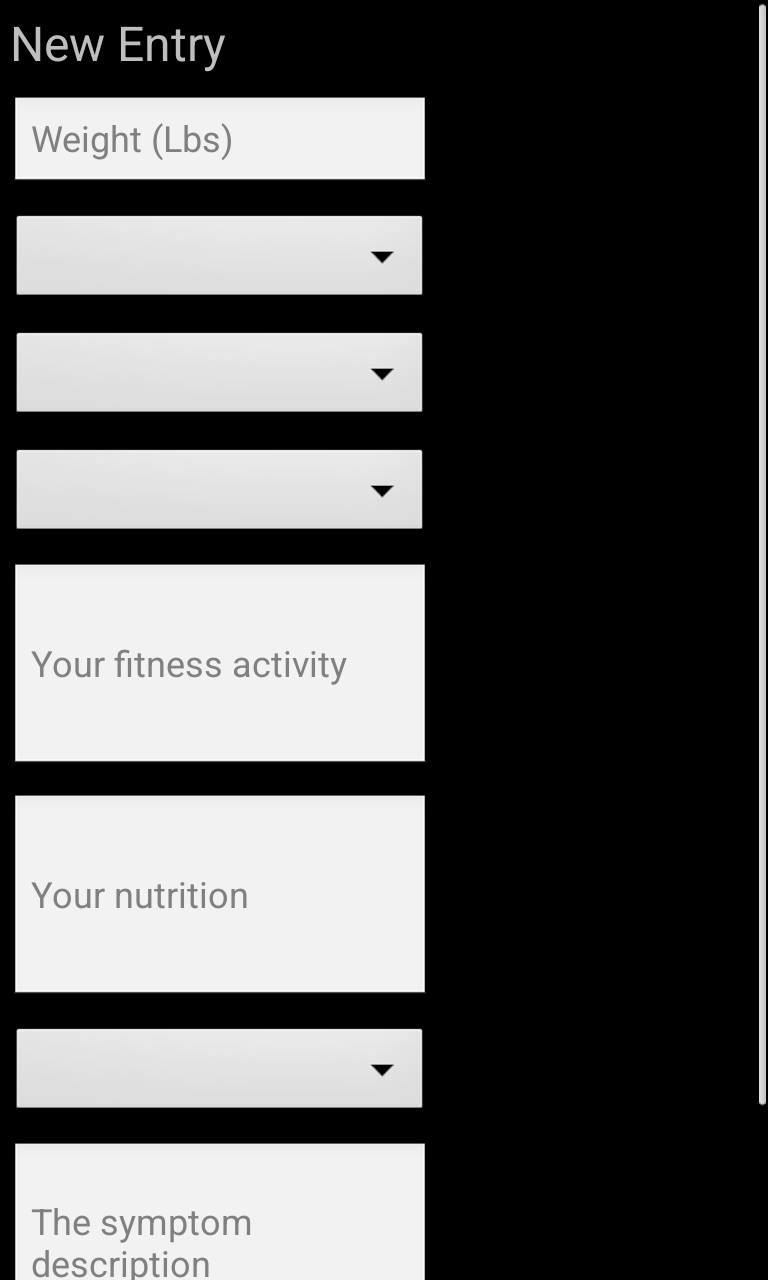
Repository: dillonyoung/CPD4493
Layout: TraCare/res/layout/addentry.xml
An editor plug-in stored every save of this project. The layout is shown before and after a run of saves, followed by the edit.
It is drawn on a 768 x 1280 px phone screen (xhdpi) without system bars, with theme android:Theme.Black; the app's code is not run.

Above is the layout before, as saved 2013-04-10 23:41:25.

### TraCare/res/layout/addentry.xml
<?xml version="1.0" encoding="utf-8"?>
<ScrollView xmlns:android="http://schemas.android.com/apk/res/android"
    android:layout_width="fill_parent"
    android:layout_height="fill_parent" >

    <TableLayout
        android:id="@+id/TableLayout1"
        android:layout_width="match_parent"
        android:layout_height="wrap_content" >

        <TableRow
            android:id="@+id/tableRow1"
            android:layout_width="wrap_content"
            android:layout_height="wrap_content"
            android:padding="5dip" >

            <TextView
                android:id="@+id/textView1"
                android:layout_width="fill_parent"
                android:layout_height="wrap_content"
                android:text="@string/string_new_entry"
                android:textSize="24sp" />
        </TableRow>

        <TableRow
            android:id="@+id/rowAddEntryWeight"
            android:layout_width="wrap_content"
            android:layout_height="wrap_content"
            android:padding="5dip" >

            <EditText
                android:id="@+id/txtWeight"
                android:layout_width="wrap_content"
                android:layout_height="wrap_content"
                android:ems="6"
                android:hint="@string/weight"
                android:inputType="numberDecimal" />
        </TableRow>

        <TableRow
            android:id="@+id/rowAddEntryHours"
            android:layout_width="wrap_content"
            android:layout_height="wrap_content"
            android:padding="5dip" >

            <Spinner
                android:id="@+id/spinHours"
                android:layout_width="wrap_content"
                android:layout_height="wrap_content"
                android:prompt="@string/string_hours_of_sleep" />

        </TableRow>

        <TableRow
            android:id="@+id/rowAddEntryQualityofSleep"
            android:layout_width="wrap_content"
            android:layout_height="wrap_content"
            android:padding="5dip" >

            <Spinner
                android:id="@+id/spinQualityofSleep"
                android:layout_width="wrap_content"
                android:layout_height="wrap_content" />
        </TableRow>

        <TableRow
            android:id="@+id/rowAddEntryEnergyLevel"
            android:layout_width="wrap_content"
            android:layout_height="wrap_content"
            android:padding="5dip" >

            <Spinner
                android:id="@+id/spinEnergyLevel"
                android:layout_width="wrap_content"
                android:layout_height="wrap_content" />
        </TableRow>

        <TableRow
            android:id="@+id/rowAddEntryFitness"
            android:layout_width="wrap_content"
            android:layout_height="wrap_content"
            android:padding="5dip" >

            <EditText
                android:id="@+id/txtFitness"
                android:layout_width="wrap_content"
                android:layout_height="wrap_content"
                android:ems="10"
                android:hint="@string/string_fitness"
                android:inputType="textMultiLine"
                android:lines="4" >

            </EditText>
        </TableRow>

        <TableRow
            android:id="@+id/rowAddEntryNutrition"
            android:layout_width="wrap_content"
            android:layout_height="wrap_content"
            android:padding="5dip" >

            <EditText
                android:id="@+id/txtNutrition"
                android:layout_width="wrap_content"
                android:layout_height="wrap_content"
                android:ems="10"
                android:hint="@string/string_nutrition"
                android:inputType="textMultiLine"
                android:lines="4" >

            </EditText>
        </TableRow>


        <TableRow
            android:id="@+id/rowAddEntrySymptom"
            android:layout_width="wrap_content"
            android:layout_height="wrap_content"
            android:padding="5dip" >

            <Spinner
                android:id="@+id/spinSymptom"
                android:layout_width="wrap_content"
                android:layout_height="wrap_content" />
        </TableRow>

        <TableRow
            android:id="@+id/rowAddEntrySymptomDescription"
            android:layout_width="wrap_content"
            android:layout_height="wrap_content"
            android:padding="5dip" >

            <EditText
                android:id="@+id/txtSymptomDescription"
                android:layout_width="wrap_content"
                android:layout_height="wrap_content"
                android:ems="10"
                android:hint="@string/string_symtpom_description"
                android:inputType="textMultiLine"
                android:lines="4" >

            </EditText>
        </TableRow>

        <TableRow
            android:id="@+id/tableRow13"
            android:layout_width="wrap_content"
            android:layout_height="wrap_content"
            android:gravity="center_horizontal"
            android:padding="5dip" >

            <Button
                android:id="@+id/btnSave"
                android:layout_width="wrap_content"
                android:layout_height="wrap_content"
                android:text="@string/saveentry" />
        </TableRow>
    </TableLayout>

</ScrollView>

### TraCare/res/values/strings.xml
<?xml version="1.0" encoding="utf-8"?>
<resources>

    <string name="app_name">TraCare</string>
    <string name="action_settings">Settings</string>
    <string name="title_section1">Section 1</string>
    <string name="title_section2">Section 2</string>
    <string name="title_section3">Section 3</string>
    <string name="user_details">User Details</string>
    <string name="gender">Gender</string>
    <string name="male">Male</string>
    <string name="female">Female</string>
    <string name="weight">Weight (Lbs)</string>
    <string name="preferences">Preferences</string>
    <string name="track_weight">Track Weight</string>
    <string name="track_sleep">Track Sleep</string>
    <string name="track_energy_level">Track Energy Level</string>
    <string name="track_quality_of_sleep">Track Quality of Sleep</string>
    <string name="track_fitness">Track Fitness</string>
    <string name="track_nutrition">Track Nutrition</string>
    <string name="savesettings">Save Settings</string>
    <string name="back">Back</string>
    <string name="yourname">Your name</string>
    <string name="track_symptom">Track Symptom</string>
    <string name="image"></string>
    <string name="blank"></string>
    <string name="menu_add_entry">Add Entry</string>
    <string name="menu_delete_entry">Delete Entry</string>
    <string name="summary">Summary Report</string>
    <string name="startdate">Start Date</string>
    <string name="enddate">End Date</string>
    <string name="runreport">Run Report</string>
    <string name="reportstart">Report Start Date</string>
    <string name="reportend">Report End Date</string>
    <string name="lowestweight">Lowest Weight</string>
    <string name="lowestdate">Lowest Weight Date</string>
	<string name="highestweight">Highest Weight</string>
    <string name="highestdate">Highest Weight Date</string>
    <string name="averageweight">Average Weight</string>
    <string-array name="hours_of_sleep">
        <item>0.0 Hours of Sleep</item>
        <item>0.5 Hours of Sleep</item>
        <item>1.0 Hours of Sleep</item>
        <item>1.5 Hours of Sleep</item>
        <item>2.0 Hours of Sleep</item>
        <item>2.5 Hours of Sleep</item>
        <item>3.0 Hours of Sleep</item>
        <item>3.5 Hours of Sleep</item>
        <item>4.0 Hours of Sleep</item>
        <item>4.5 Hours of Sleep</item>
        <item>5.0 Hours of Sleep</item>
        <item>5.5 Hours of Sleep</item>
        <item>6.0 Hours of Sleep</item>
        <item>6.5 Hours of Sleep</item>
        <item>7.0 Hours of Sleep</item>
        <item>7.5 Hours of Sleep</item>
        <item>8.0 Hours of Sleep</item>
        <item>8.5 Hours of Sleep</item>
        <item>9.0 Hours of Sleep</item>
        <item>9.5 Hours of Sleep</item>
        <item>10.0 Hours of Sleep</item>
        <item>10.5 Hours of Sleep</item>
        <item>11.0 Hours of Sleep</item>
        <item>11.5 Hours of Sleep</item>
        <item>12.0 Hours of Sleep</item>
        <item>12.5 Hours of Sleep</item>
        <item>13.0 Hours of Sleep</item>
        <item>13.5 Hours of Sleep</item>
        <item>14.0 Hours of Sleep</item>
        <item>14.5 Hours of Sleep</item>
        <item>15.0 Hours of Sleep</item>
        <item>15.5 Hours of Sleep</item>
        <item>16.0 Hours of Sleep</item>
        <item>16.5 Hours of Sleep</item>
        <item>17.0 Hours of Sleep</item>
        <item>17.5 Hours of Sleep</item>
        <item>18.0 Hours of Sleep</item>
        <item>18.5 Hours of Sleep</item>
        <item>19.0 Hours of Sleep</item>
        <item>19.5 Hours of Sleep</item>
        <item>20.0 Hours of Sleep</item>
        <item>20.5 Hours of Sleep</item>
        <item>21.0 Hours of Sleep</item>
        <item>21.5 Hours of Sleep</item>
        <item>22.0 Hours of Sleep</item>
        <item>22.5 Hours of Sleep</item>
        <item>23.0 Hours of Sleep</item>
        <item>23.5 Hours of Sleep</item>
    </string-array>
    <string-array name="energy_level">
        <item>Energy Level Not Specified</item>
        <item>Terrible Energy Level</item>
        <item>Poor Energy Level</item>
        <item>Average Energy Level</item>
        <item>Good Energy Level</item>
        <item>Excellent Energy Level</item>
    </string-array>
    <string-array name="quality_of_sleep">
        <item>Quality of Sleep Not Specified</item>
        <item>Terrible Quality of Sleep</item>
        <item>Poor Quality of Sleep</item>
        <item>Average Quality of Sleep</item>
        <item>Good Quality of Sleep</item>
        <item>Excellent Quality of Sleep</item>
    </string-array>
    <string-array name="symptom_type">
        <item>Symptom Type Not Specified</item>
        <item>Other</item>
        <item>Abdominal Pain</item>
        <item>Chest Pain</item>
        <item>Constipation</item>
        <item>Cought</item>
        <item>Diarrea</item>
        <item>Dizziness</item>
        <item>Eye Discomfort</item>
        <item>Foot Pain</item>
        <item>Hip Pain</item>
        <item>Knee Pain</item>
        <item>Low Back Pain</item>
        <item>Nasal Congestion</item>
        <item>Nausea</item>
        <item>Neck Pain</item>
        <item>Numbness</item>
        <item>Shortness of Breath</item>
        <item>Shoulder Pain</item>
        <item>Sore Throat</item>
        <item>Vision Problems</item>
        <item>Wheezing</item>
    </string-array>
        <string name="string_new_entry">New Entry</string>
        <string name="string_hours_of_sleep">Select Hours of Sleep</string>
        <string name="string_fitness">Your fitness activity</string>
        <string name="string_nutrition">Your nutrition</string>
        <string name="string_symtpom_description">The symptom description</string>
        <string name="saveentry">Save New Entry</string>

</resources>

### TraCare/res/values/styles.xml
<resources xmlns:android="http://schemas.android.com/apk/res/android">

    <!--
        Base application theme, dependent on API level. This theme is replaced
        by AppBaseTheme from res/values-vXX/styles.xml on newer devices.
    -->
    <style name="AppBaseTheme" parent="android:Theme.Light">
        <!--
            Theme customizations available in newer API levels can go in
            res/values-vXX/styles.xml, while customizations related to
            backward-compatibility can go here.
        -->
    </style>

    <!-- Application theme. -->
    <style name="AppTheme" parent="AppBaseTheme">
        <!-- All customizations that are NOT specific to a particular API-level can go here. -->
    </style>
    <style name="label">
        <item name="android:textSize">18sp</item>
    </style>
    <style name="heading">
        <item name="android:textSize">28sp</item>
    </style>
    <style name="button">
        <item name="android:textSize">18sp</item>
    </style>
    <style name="value">
        <item name="android:textSize">18sp</item>
    </style>


</resources>

After the next 2 saves:
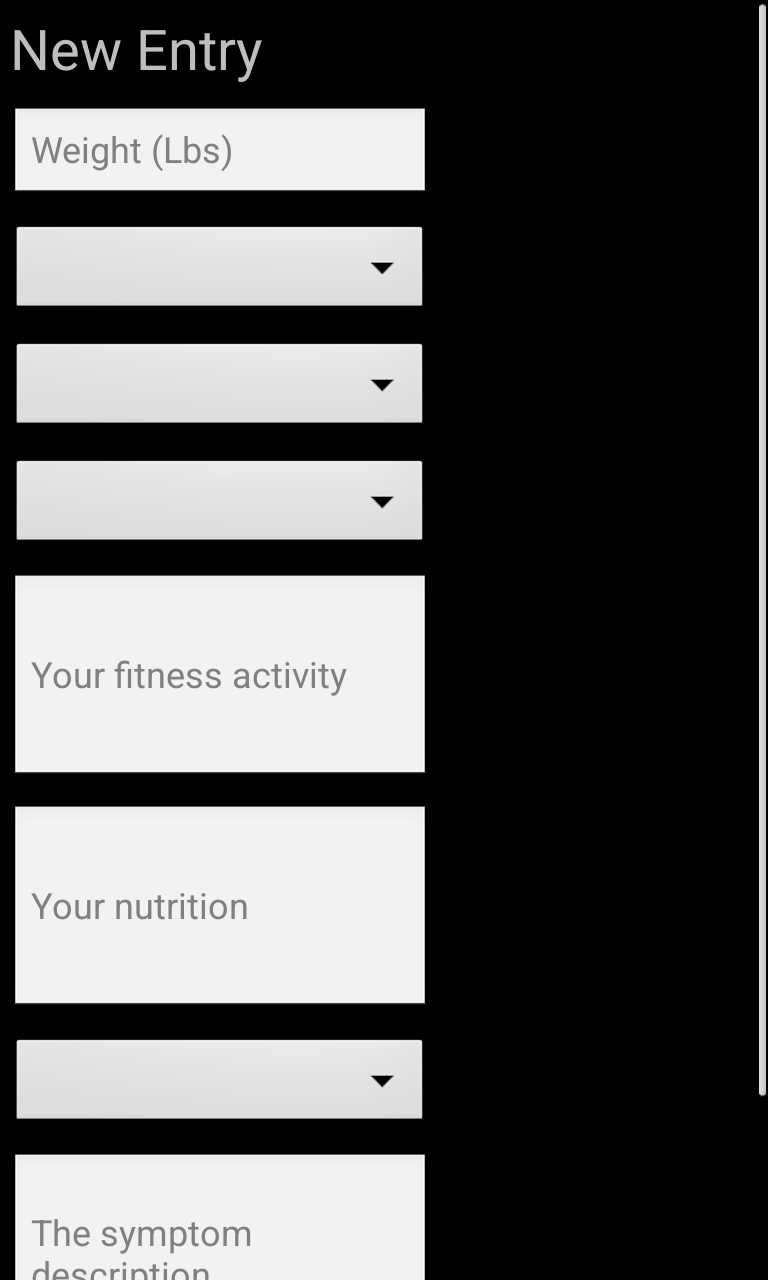
The 2 saves are shown as one change because they came seconds apart.
The last was saved 47 s later.
--- a/TraCare/res/layout/addentry.xml
+++ b/TraCare/res/layout/addentry.xml
@@ -16,10 +16,10 @@
 
             <TextView
                 android:id="@+id/textView1"
+                style="@style/heading"
                 android:layout_width="fill_parent"
                 android:layout_height="wrap_content"
-                android:text="@string/string_new_entry"
-                android:textSize="24sp" />
+                android:text="@string/string_new_entry" />
         </TableRow>
 
         <TableRow
@@ -48,7 +48,6 @@
                 android:layout_width="wrap_content"
                 android:layout_height="wrap_content"
                 android:prompt="@string/string_hours_of_sleep" />
-
         </TableRow>
 
         <TableRow
@@ -89,7 +88,6 @@
                 android:hint="@string/string_fitness"
                 android:inputType="textMultiLine"
                 android:lines="4" >
-
             </EditText>
         </TableRow>
 
@@ -107,10 +105,8 @@
                 android:hint="@string/string_nutrition"
                 android:inputType="textMultiLine"
                 android:lines="4" >
-
             </EditText>
         </TableRow>
-
 
         <TableRow
             android:id="@+id/rowAddEntrySymptom"
@@ -138,7 +134,6 @@
                 android:hint="@string/string_symtpom_description"
                 android:inputType="textMultiLine"
                 android:lines="4" >
-
             </EditText>
         </TableRow>
 
@@ -151,6 +146,7 @@
 
             <Button
                 android:id="@+id/btnSave"
+                style="@style/button"
                 android:layout_width="wrap_content"
                 android:layout_height="wrap_content"
                 android:text="@string/saveentry" />
